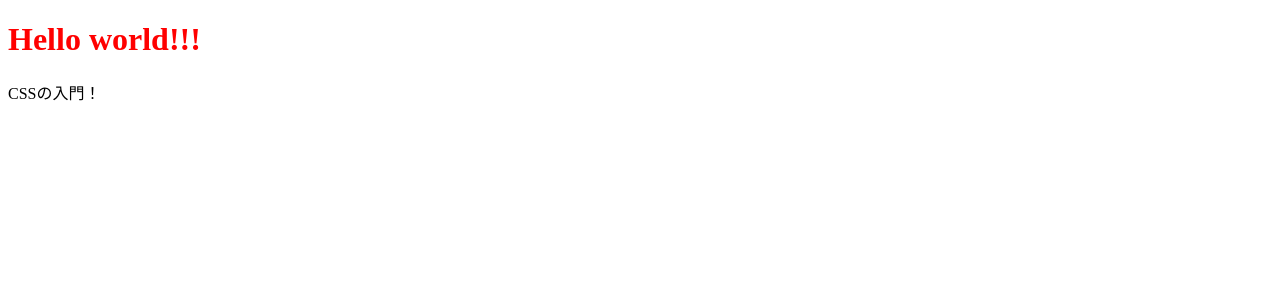
Repository: shimada-ryusuke/sample2
Page: html/css_intro.html
The author's editor kept a record of every edit. The page is drawn from the files as they stood at one moment, then again after the next edit.
The browser window is 1280 px wide. The pictures show the whole page.

Above is the page before.

### html/css_intro.html
<!DOCTYPE HTML>
<html>
<head>
  <meta charset="UTF-8" />
  <title>TECH BOOST</title>

  <style>
    h1 {
      color: red;
    }
  </style>
</head>
  <body>
    <h1>Hello world!!!</h1>
    <p>CSSの入門！</p>
  </body>
</html>

After the next edit:
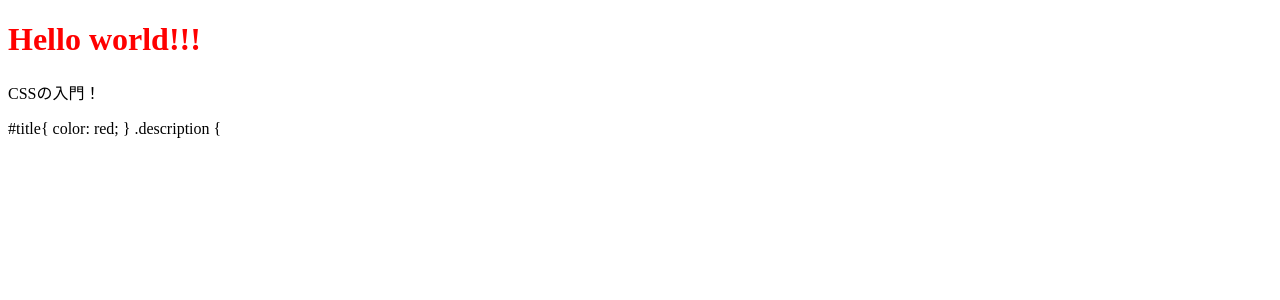
The edit:
--- a/html/css_intro.html
+++ b/html/css_intro.html
@@ -11,7 +11,11 @@
   </style>
 </head>
   <body>
-    <h1>Hello world!!!</h1>
-    <p>CSSの入門！</p>
+    <h1 id="title">Hello world!!!</h1>
+    <p class="description">CSSの入門！</p>
+    #title{
+      color: red;
+      }
+    .description {
   </body>
 </html>
